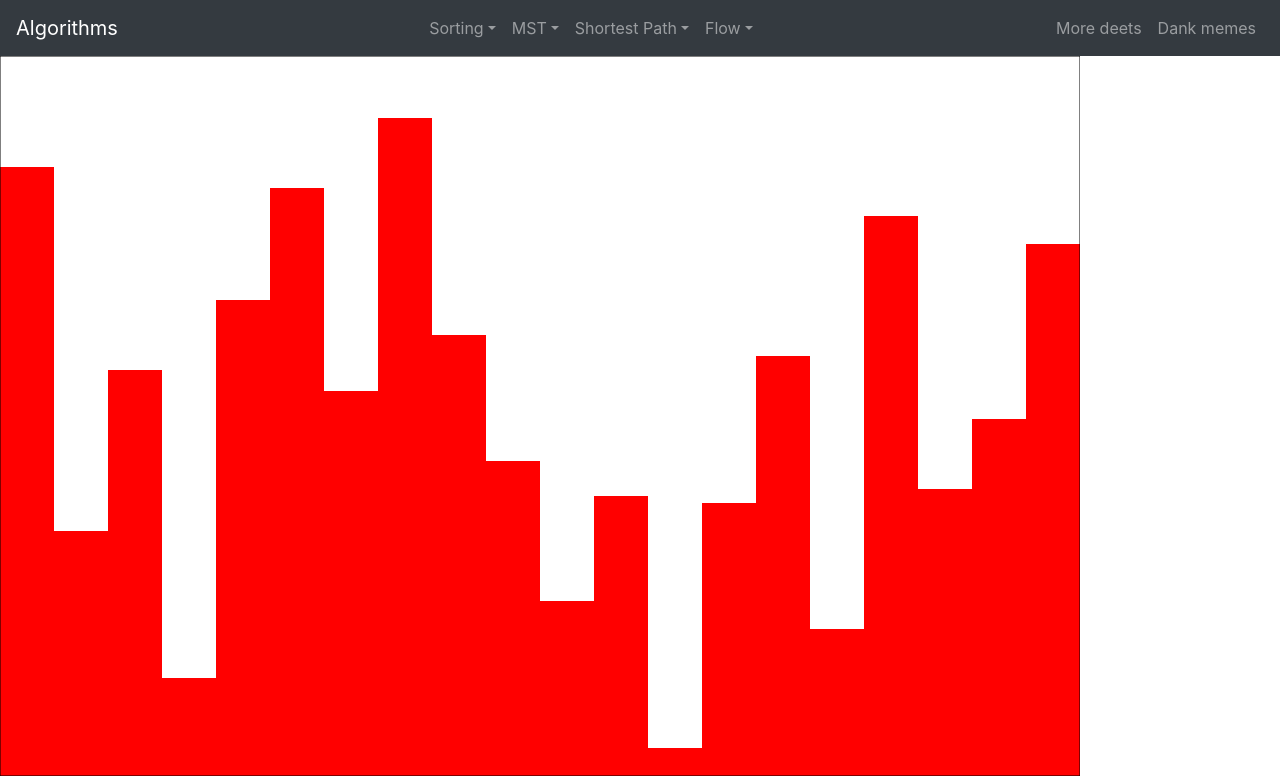
Repository: dkasima1/Algorithm-Visualizations
Page: /
The author's editor kept a copy of each file at every save. The page is drawn from the files as they stood at one save, then again after the next save.
The browser window is 1280 px wide. The pictures show the whole page.
The project was rebuilt for these pictures with package versions that can differ from the ones it lists, and the page was loaded fresh each time. Also part of the build but not shown: src/components/Sorting/Bubble_Sort.js.

Above is the page before, as saved 2020-06-29 23:31:18.

After the next save:
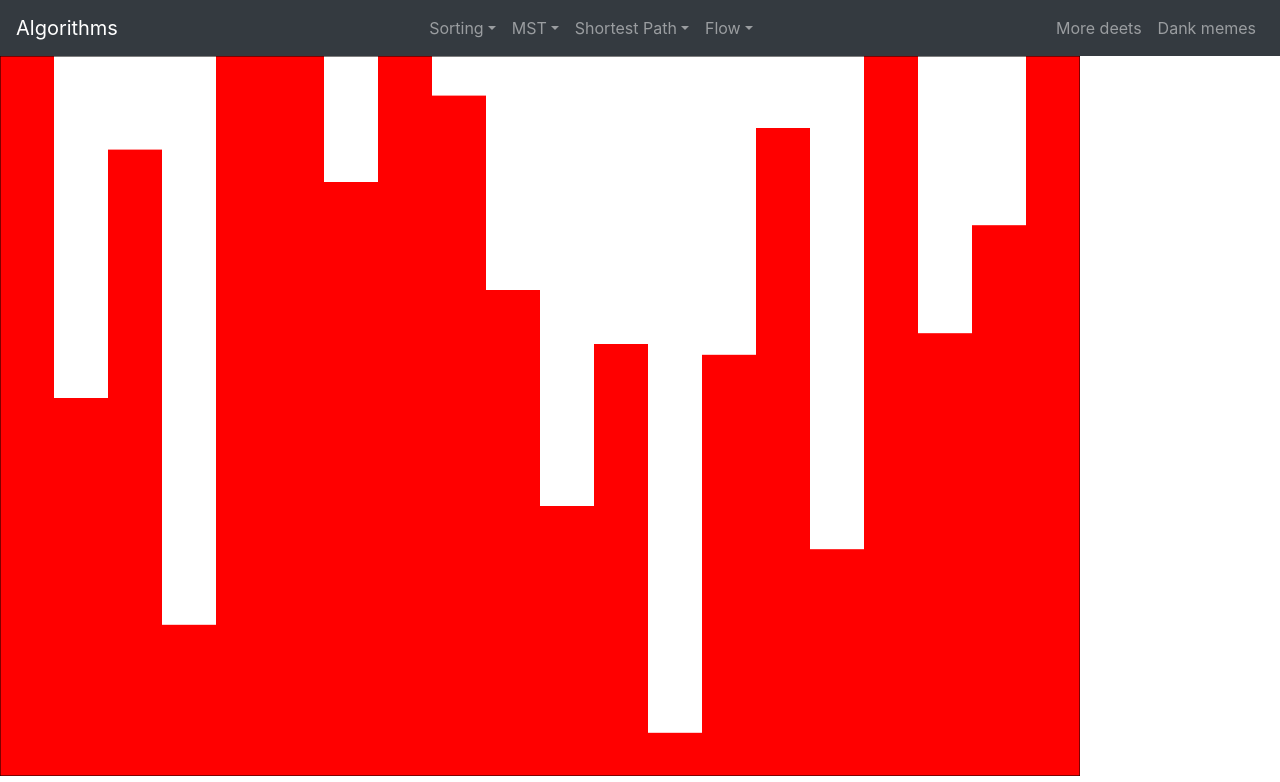
Saved 40 s later.
--- a/src/components/Graph/BarGraph.js
+++ b/src/components/Graph/BarGraph.js
@@ -31,7 +31,7 @@ class Canvas extends React.Component {
         ctx.strokeStyle ="black"
 
         for (let i = 0; i < arr.length; i++) {
-            let height = arr[i] * 7;
+            let height = arr[i] * (canvas.width/100);
             ctx.fillRect(posX, canvas.height - height, width, height);
             ctx.stroke();
             posX += 54;
